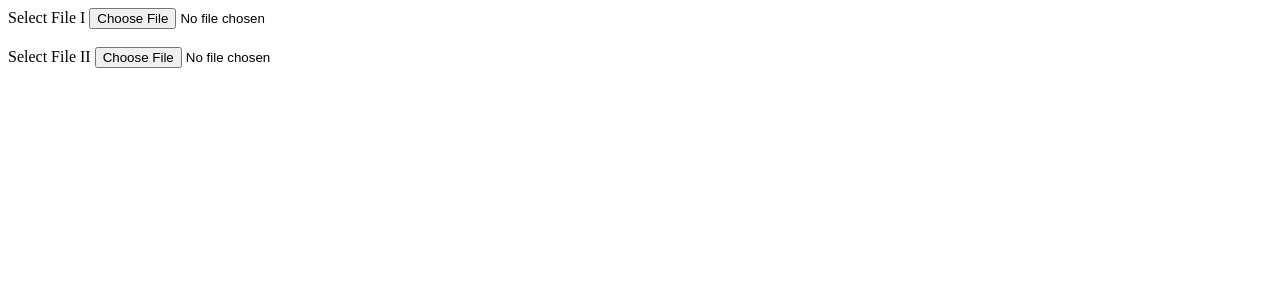
Repository: Hexya/Kaleidoscope
Page: app/index.html
The author's editor kept a copy of each file at every save. The page is drawn from the files as they stood at one save, then again after the next save.
The browser window is 1280 px wide. The pictures show the whole page.

Above is the page before, as saved 2021-05-18 15:54:43.

### app/index.html
<html>
    <head>
        <title>Three Sound Exp</title>
    </head>
    <body>
        <div id="main">

        </div>
        <div class="home-container">
            <div class="file-cont cont-1">
                <label for="file" class="label-file">Select File I</label>
                <input type="file" name="file" id="file" accept="image/*" class="input-file img1" />
            </div>
            <br>
            <div class="file-cont cont-2">
                <label for="file" class="label-file">Select File II</label>
                <input type="file" name="file" id="file" accept="image/*" class="input-file img2" />
            </div>
        </div>
    </body>
</html>

After the next save:
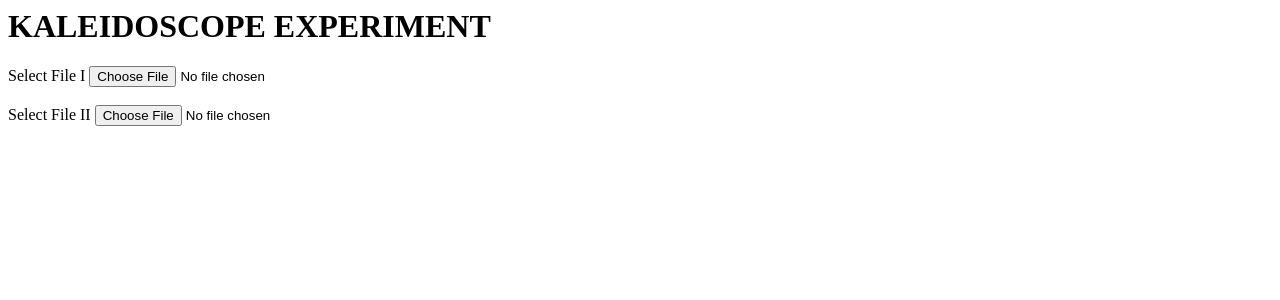
Saved 68 s later.
--- a/app/index.html
+++ b/app/index.html
@@ -1,11 +1,12 @@
 <html>
     <head>
-        <title>Three Sound Exp</title>
+        <title>Kaleidoscope Exp</title>
     </head>
     <body>
         <div id="main">
 
         </div>
+        <h1>KALEIDOSCOPE EXPERIMENT</h1>
         <div class="home-container">
             <div class="file-cont cont-1">
                 <label for="file" class="label-file">Select File I</label>
